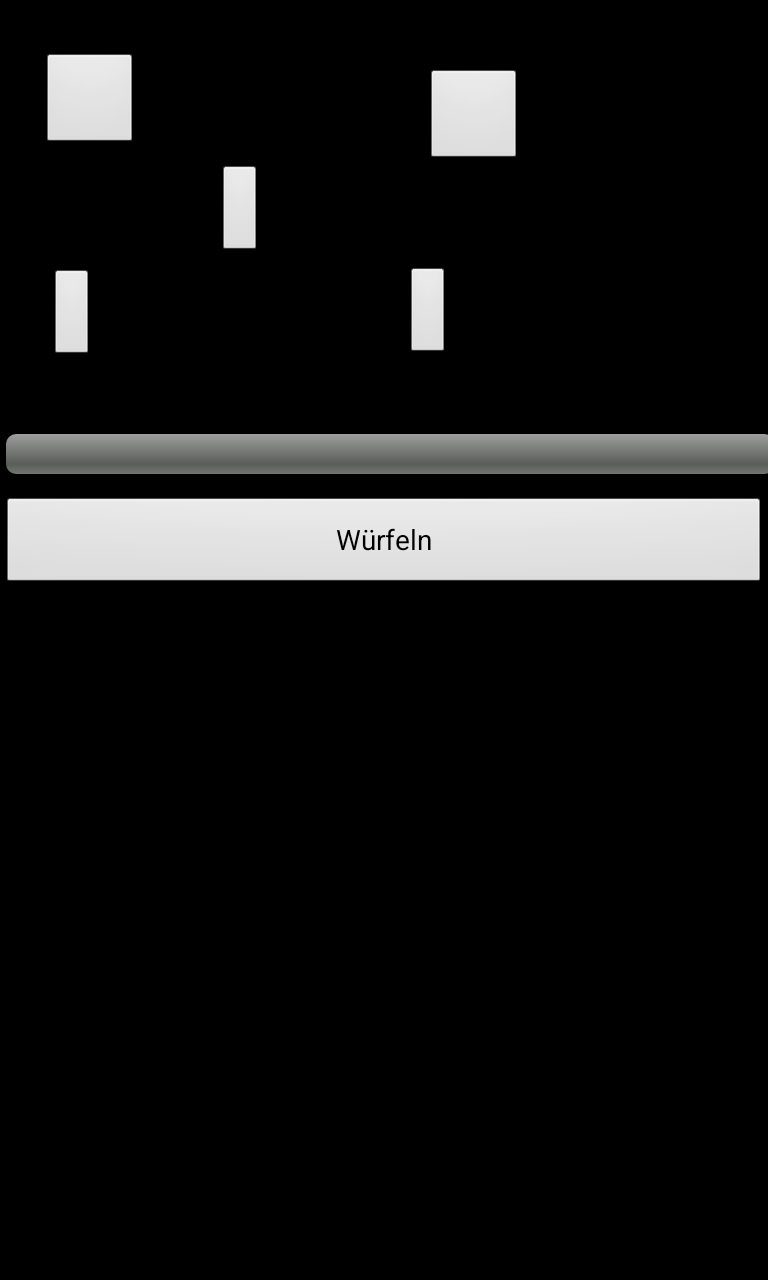
Repository: Lemkerene/App
Layout: kniffel/res/layout/wurfel.xml
The author's editor kept a copy of each file at every save. The layout is drawn from the files as they stood at one save, then again after the next save.
It is drawn on a 768 x 1280 px phone screen (xhdpi) without system bars, with theme android:Theme; the app's code is not run.

Above is the layout before, as saved 2012-08-05 11:20:25.

After the next save:
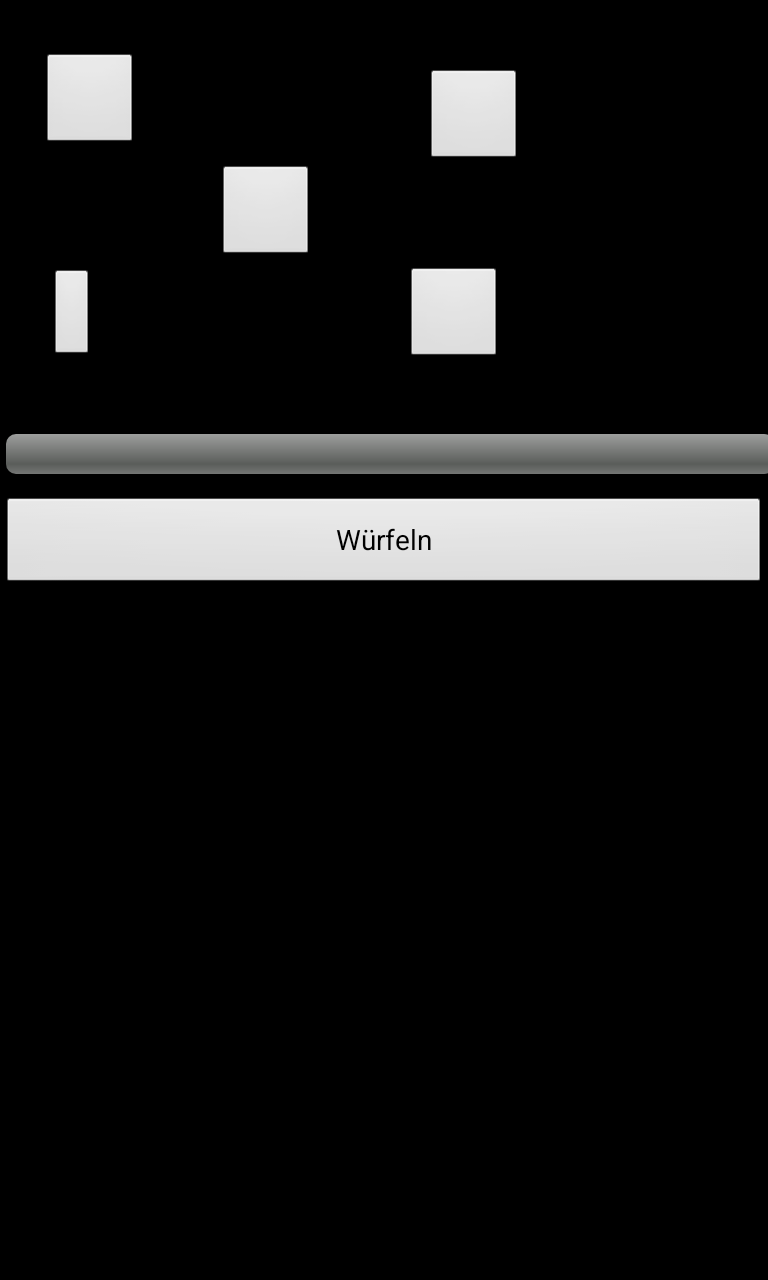
Saved 29 s later.
--- a/kniffel/res/layout/wurfel.xml
+++ b/kniffel/res/layout/wurfel.xml
@@ -26,8 +26,8 @@
 
     <Button
         android:id="@+id/wu5"
-        android:layout_width="wrap_content"
-        android:layout_height="wrap_content"
+        android:layout_width="50"
+        android:layout_height="50"
         android:layout_x="202dp"
         android:layout_y="133dp"
         android:onClick="OnClickSperr"/>
@@ -35,8 +35,8 @@
 
     <Button
         android:id="@+id/wu3"
-        android:layout_width="wrap_content"
-        android:layout_height="wrap_content"
+        android:layout_width="50"
+        android:layout_height="50"
         android:layout_x="108dp"
         android:layout_y="82dp"
         android:onClick="OnClickSperr"/>
